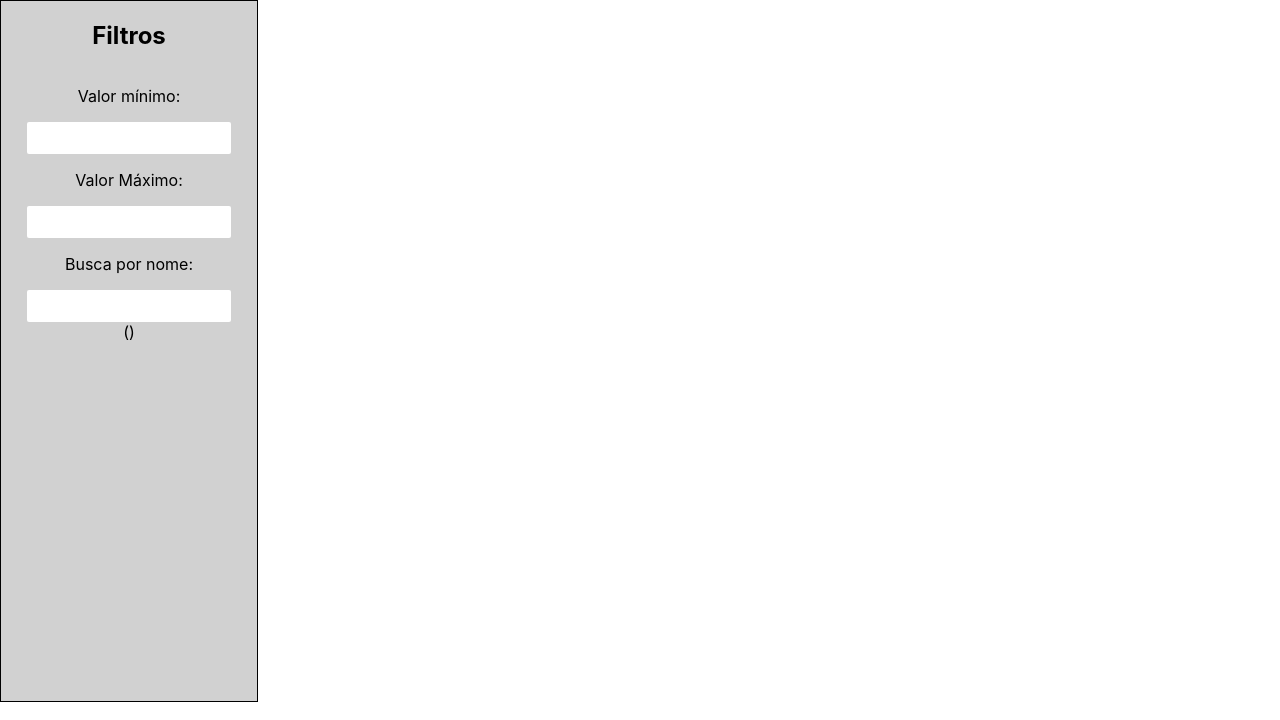
Repository: future4code/Shaw-labe-commerce9
Page: /
These files come from the project's save history. The page is drawn as it stood at one moment and after the next save; the edit follows.
The browser window is 1280 px wide. The pictures show the whole page.
The project was rebuilt for these pictures with package versions that can differ from the ones it lists, and the page was loaded fresh each time. Also part of the build but not shown: src/App.css.

Above is the page before, as saved 2022-03-31 10:21:31.

After the next save:
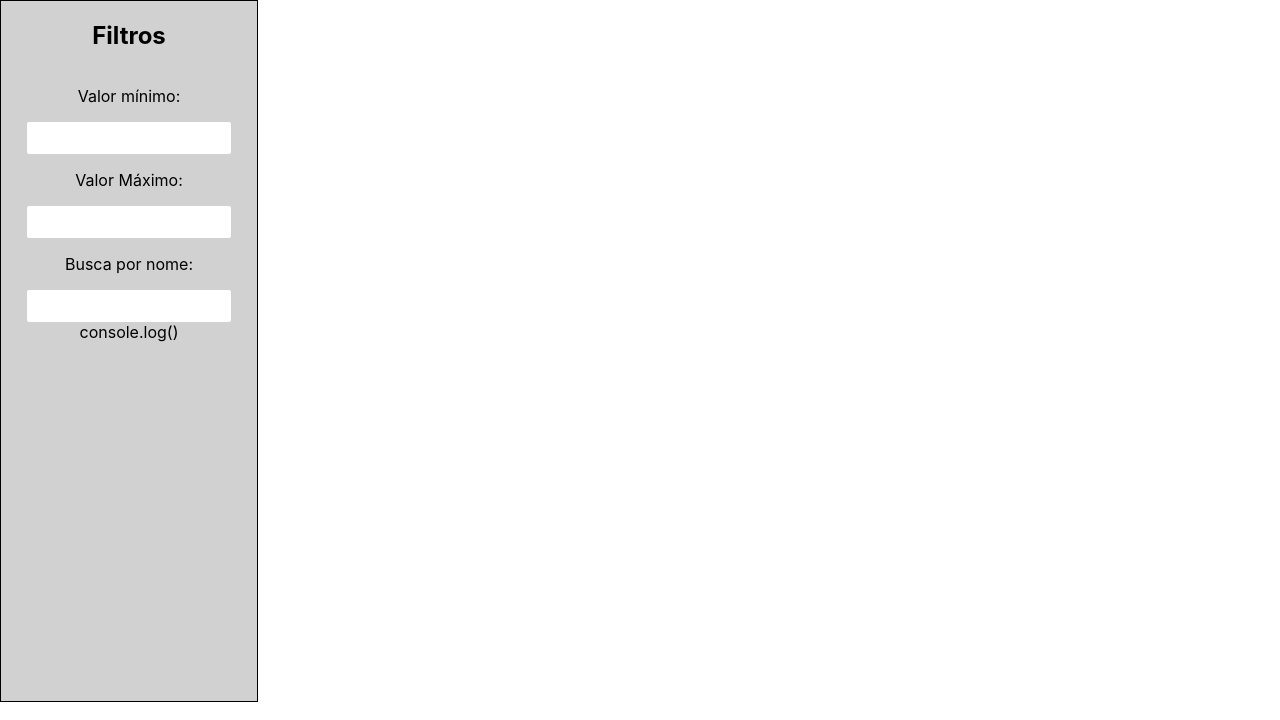
Saved 4 min 24 s later.
--- a/src/components/filtro.jsx
+++ b/src/components/filtro.jsx
@@ -63,7 +63,7 @@
                 <p>Valor Máximo: </p>
                 <input  value={this.state.inputValorMax} onChange={this.inputValorMax}/>
                 <p>Busca por nome: </p>
-                <input value={this.state.inputBuscaNome.value} onChange={this.upDateQuery}/>({this.state.inputBuscaNome})
+                <input value={this.state.inputBuscaNome.value} onChange={this.upDateQuery}/>console.log({this.state.inputBuscaNome})
 
 
             </ContainerFiltro>

After the save that followed:
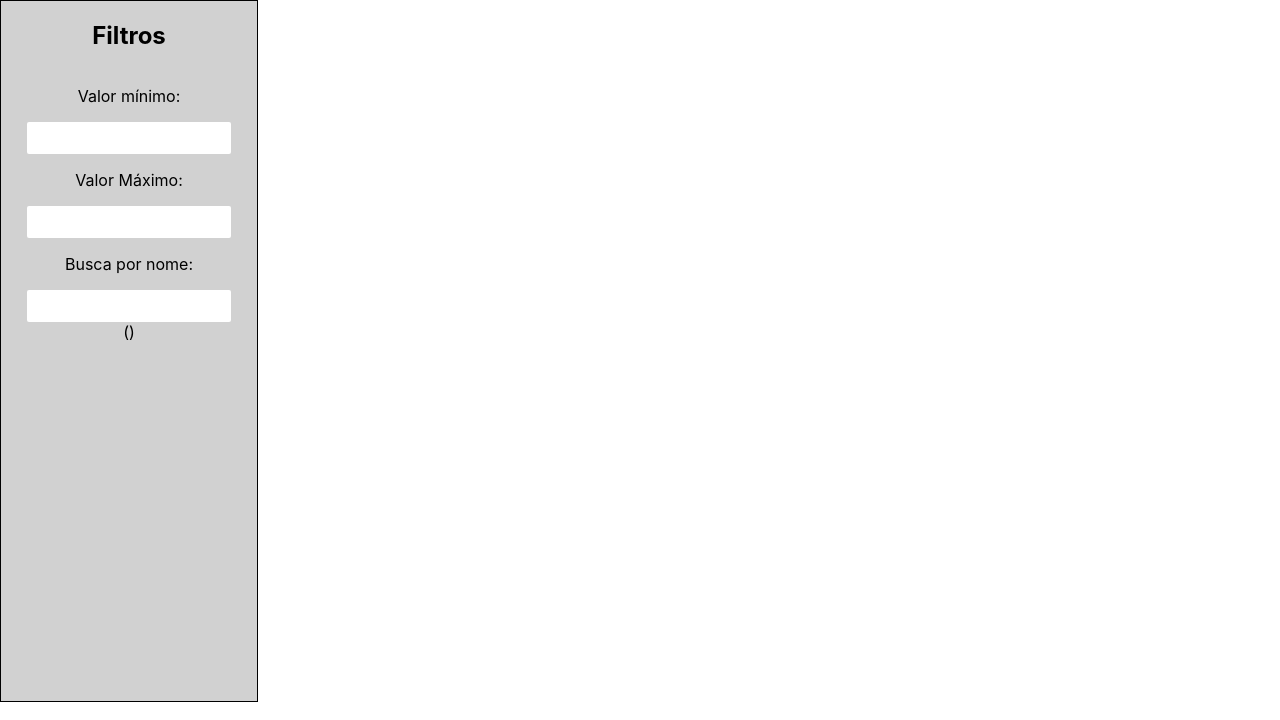
Saved 31 s later.
--- a/src/components/filtro.jsx
+++ b/src/components/filtro.jsx
@@ -63,7 +63,8 @@
                 <p>Valor Máximo: </p>
                 <input  value={this.state.inputValorMax} onChange={this.inputValorMax}/>
                 <p>Busca por nome: </p>
-                <input value={this.state.inputBuscaNome.value} onChange={this.upDateQuery}/>console.log({this.state.inputBuscaNome})
+                <input value={this.state.inputBuscaNome.value} onChange={this.upDateQuery}/>
+                {console.log}({this.state.inputBuscaNome})
 
 
             </ContainerFiltro>
